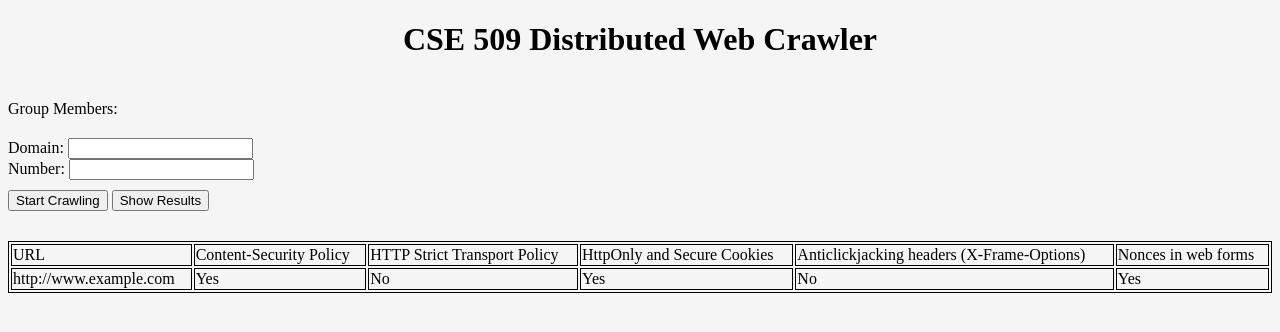
Repository: mfleish3/Crawler
Page: cse509/Crawling/WebContent/index.html
An editor plug-in stored every save of this project. The page is shown before and after the next save, followed by the edit.
The browser window is 1280 px wide. The pictures show the whole page.
Some web libraries are served in a nearby version.

Above is the page before, as saved 2015-11-07 22:43:06.

After the next save:
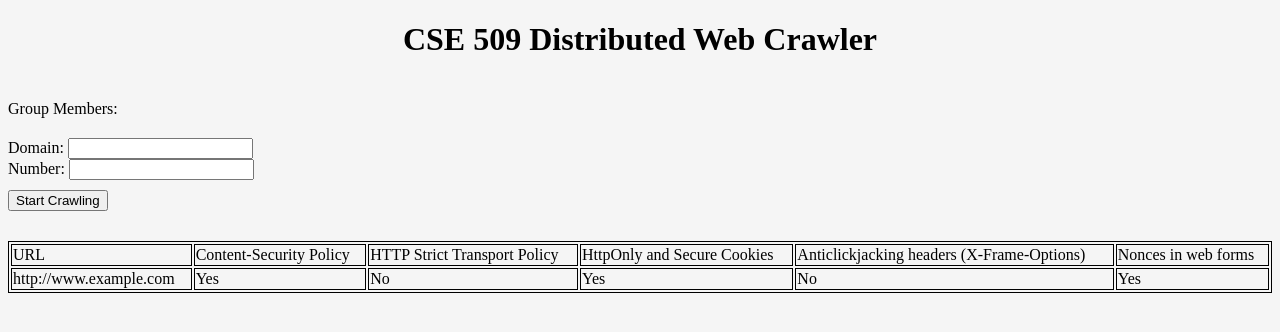
Saved 60 s later.
--- a/cse509/Crawling/WebContent/scripts/index.js
+++ b/cse509/Crawling/WebContent/scripts/index.js
@@ -1,5 +1,6 @@
 $( document ).ready(function() {
 
+	document.getElementById('btnResults').style.visibility = "hidden";
 
 	$('#btnResults').click(function(){
 	    updateInput();
